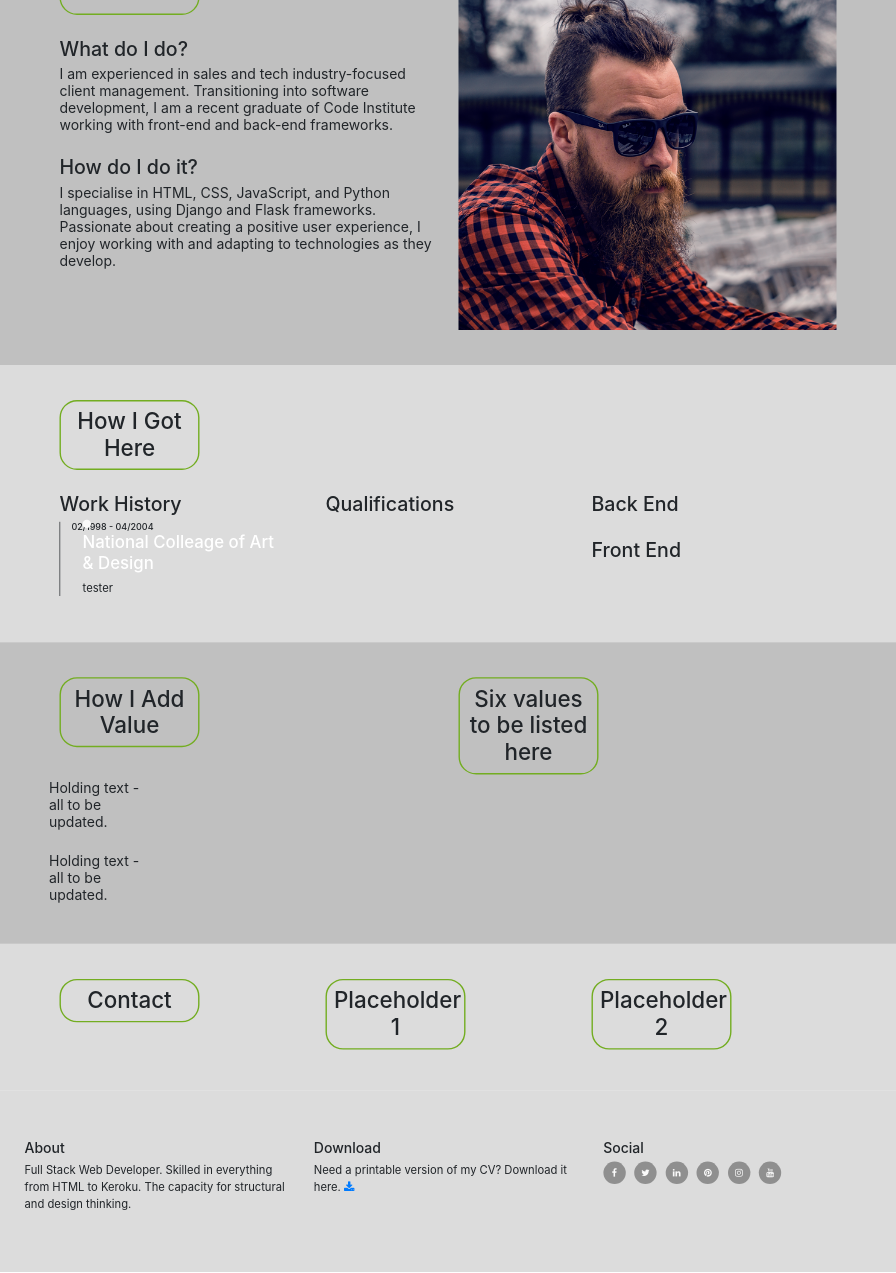
Repository: Code-Institute-Submissions/tenerim-milestone1
Page: index.html
The author's editor kept a record of every edit. The page is drawn from the files as they stood at one moment, then again after the next edit.
The browser window is 1280 px wide. The pictures show the part of the page from y = 1328 to 3248 px (the page is 3146 px tall before and 3248 px after), at 70% of full size.
A picture or video elsewhere on the page could not be fetched, so the positions and the page height are approximate.

Above is the page before.

### index.html
<!DOCTYPE html>
<html lang="en">

<head>
    <meta charset="UTF-8">
    <meta name="viewport" content="width=device-width, initial-scale=1.0">
    <meta http-equiv="X-UA-Compatible" content="ie=edge">
    <link rel="stylesheet" href="https://stackpath.bootstrapcdn.com/bootstrap/4.3.1/css/bootstrap.min.css" type="text/css" />
    <link href="https://stackpath.bootstrapcdn.com/bootstrap/4.3.1/css/bootstrap.min.css" rel="stylesheet" integrity="sha384-ggOyR0iXCbMQv3Xipma34MD+dH/1fQ784/j6cY/iJTQUOhcWr7x9JvoRxT2MZw1T" crossorigin="anonymous">
    <link rel="stylesheet" href="https://stackpath.bootstrapcdn.com/font-awesome/4.7.0/css/font-awesome.min.css" type="text/css" />
    <link href="https://stackpath.bootstrapcdn.com/font-awesome/4.7.0/css/font-awesome.min.css" rel="stylesheet" integrity="sha384-wvfXpqpZZVQGK6TAh5PVlGOfQNHSoD2xbE+QkPxCAFlNEevoEH3Sl0sibVcOQVnN" crossorigin="anonymous">
    <link rel="stylesheet" href="assets/css/style.css" type="text/css" />
    <title>MT Milestone Project 1</title>

</head>

<body>
    <!-------------------------------------------------------------Intro Page -->
    <header id="welcome-page">

        <!-------------------------------------Navigation Bar------>

        <nav class="navbar navbar-expand-lg navbar-light bg-light">
            <a class="navbar-brand" href="#"></a>
            <button class="navbar-toggler" type="button" data-toggle="collapse" data-target="#navbarNav" aria-controls="navbarNav" aria-expanded="false" aria-label="Toggle navigation">
	    <span class="navbar-toggler-icon"></span>
	  </button>
            <div class="container">
                <div class="collapse navbar-collapse" id="navbarNav">
                    <ul class="navbar-nav .justify-content-center">
                        <li class="nav-item active">
                            <a class="nav-link" href="#">About Me <span class="sr-only">(current)</span></a>
                        </li>
                        <li class="nav-item">
                            <a class="nav-link" href="#">How I Got Here</a>
                        </li>
                        <li class="nav-item">
                            <a class="nav-link" href="#">How I Add Value</a>
                        </li>
                        <li class="nav-item">
                            <a class="nav-link" href="#">Contact</a>
                        </li>
                        <li class="nav-item">
                            <a class="nav-link disabled" href="#" tabindex="-1" aria-disabled="true"></a>
                        </li>
                    </ul>
                </div>
            </div>
        </nav>
        <!-------------------------------------Image and Text ----->

        <img src="images/city.jpg" alt="city" style="width:100%; height:auto;"></img>

        <div class="container-fluid">
            <div class="row">
                <div class="container">
                    <div class="text-right">
                        <h1 class="display-4">Michael Tenerife</h1>
                        <p class="lead">Full Stack Web Developer</p>
                    </div>
                </div>
            </div>
        </div>

    </header>

    <!-------------------------------------------------------------About Me Page -->

    <section id="about-me" ; class="splash" ;>

        <div class="container">
            <div class="row">
                <div class="col-sm-6">
                    <h2 class="headbox">About Me</h2>
                    <br />
                    <h3>What do I do?</h3>
                    <h5 class="font-weight-normal">I am experienced in sales and tech industry-focused client management. Transitioning into software development, I am a recent graduate of Code Institute working with front-end and back-end frameworks.</h5>
                    <br />
                    <h3>How do I do it?</h3>
                    <h5 class="font-weight-normal">I specialise in HTML, CSS, JavaScript, and Python languages, using Django and Flask frameworks. Passionate about creating a positive user experience, I enjoy working with and adapting to technologies as they develop.</h5>
                    <br />
                </div>
                <div class="col-sm-6">
                    <img src="images/guy-image.png" alt="city" style="width:100%; height:auto;"></img>
                </div>
            </div>
        </div>

    </section>

    <!-------------------------------------------------------------How I Got Here -->


    <Section id="how-i-got-here" ;>

        <div class="container">
            <div class="row">
                <div class="col-4">
                    <h2 class="headbox">How I Got Here</h2>
                    <br />
                </div>
            </div>
        </div>

        <div class="container">
            <div class="row">
                <div class="col-sm-4">
                    <h3>Work History</h3>

                    <div class="timeline-item" data-dates="02/1998 - 04/2004">
                        <h4>National Colleage of Art & Design</h4>
                        <p>tester</p>
                    </div>

                </div>


                <div class="col-sm-4">
                    <h3>Qualifications</h3>
                </div>
                <div class="col-sm-4">
                    <h3>Back End</h3>
                    <br />
                    <h3>Front End</h3>
                </div>
            </div>
        </div>

    </Section>

    <!-------------------------------------------------------------How I Add Value -->

    <Section id="how-i-add-value" ; class="splash" ;>

        <div class="container">
            <div class="row">
                <div class="col-6">
                    <h2 class="headbox">How I Add Value</h2>
                </div>

                <div class="col-6">
                    <h2 class="headbox">Six values to be listed here</h2>
                </div>

                <div class="row">
                    <div class="col-6">
                        <h5 class="font-weight-normal">Holding text - all to be updated.</h5>
                        <br />
                        <h5 class="font-weight-normal">Holding text - all to be updated.</h5>
                    </div>
                </div>

            </div>

    </Section>

    <!-------------------------------------------------------------Contact -->

    <Section id="contact" ;>

        <div class="container">
            <div class="row">
                <div class="col">
                    <h2 class="headbox">Contact</h2>
                </div>
                <div class="col">
                    <h2 class="headbox">Placeholder 1</h2>
                </div>
                <div class="col">
                    <h2 class="headbox">Placeholder 2</h2>
                </div>
            </div>
        </div>

    </Section>

    <!-------------------------------------------------------------Footer -->

    <Section id="footer" ;>

        <footer class="container-fluid">
            <div id="footer-details" class="row">
                <div class="col-sm-4">
                    <h5 class="uppercase general-sub">About</h5>
                    <p class "inline-block">
                        Full Stack Web Developer. Skilled in everything from HTML to Keroku. The capacity for structural and design thinking.</p>
                </div>
                <div class="col-sm-4">
                    <h5 class="uppercase general-sub">Download</h5>
                    <p class "inline-block">
                        Need a printable version of my CV? Download it here.
                        <a href="assets/CV/sample-cv.pdf" target="_blank" class="cv-pdf">
                <i class="fa fa-download" aria-hidden="true"></i>
                <span class="sr-only">Download link.</span>
            </a>
                    </p>
                </div>
                <div class="col-sm-4">
                    <h5 class="uppercase general-sub">Social</h5>
                    <ul class="list-inline social-links">
                        <li class="list-inline-item">
                            <a target="_blank" href="#">
                            <i class="fa fa-facebook" aria-hidden="true"></i>
                            <span class="sr-only">Facebook</span>
                        </a>
                        </li>
                        <li class="list-inline-item">
                            <a target="_blank" href="#">
                            <i class="fa fa-twitter" aria-hidden="true"></i>
                            <span class="sr-only">twitter</span>
                        </a>
                        </li>
                        <li class="list-inline-item">
                            <a target="_blank" href="#">
                            <i class="fa fa-linkedin" aria-hidden="true"></i>
                            <span class="sr-only">LinkedIn</span>
                        </a>
                        </li>
                        </li>
                        <li class="list-inline-item">
                            <a target="_blank" href="#">
                            <i class="fa fa-pinterest" aria-hidden="true"></i>
                            <span class="sr-only">Pinterest</span>
                        </a>
                        </li>
                        </li>
                        <li class="list-inline-item">
                            <a target="_blank" href="#">
                            <i class="fa fa-instagram" aria-hidden="true"></i>
                            <span class="sr-only">Instagram</span>
                        </a>
                        </li>
                        </li>
                        <li class="list-inline-item">
                            <a target="_blank" href="#">
                            <i class="fa fa-youtube" aria-hidden="true"></i>
                            <span class="sr-only">YouTube</span>
                        </a>
                        </li>
                    </ul>
                </div>
            </div>
        </footer>
</body>

</html>

### assets/css/style.css
.container-fluid {
    background-color: rgb(220, 220, 220);
}

section {
    background-color: rgb(220, 220, 220);
    padding-top: 50px;
    padding-bottom: 50px;
}

.splash {
    background-color: rgb(192, 192, 192);
}


.display-4 {
    padding-top: 50px;
}


.lead {
    padding-bottom: 50px;
}


.headbox {
    border-radius: 25px;
    border: 2px solid #73AD21;
    padding: 10px;
    text-align: center;
    width: 200px;

}

h4 {
    color: rgb(255, 255, 255);
}



/*--------------------------------------How I Got Here-----*/

.timeline-item {
    padding: 1em 2em 0em 2em;
    border-left: 1px solid;
}

.timeline-item:before {
    content: attr(data-dates);
    position: absolute;
    left: 2.5em;
    top: 3em;
    display: block;
    font-weight: 500;
    font-size: 0.8em;
}

.timeline-item:after {
    width: 12px;
    height: 12px;
    display: block;
    top: 2.4em;
    position: absolute;
    border-radius: 12px;
    content: "";
    background: #fafafa;
}


/*--------------------------------------Footer-----*/

.social-links {
    padding-bottom: 15px;
}

.social-links li a i {
    width: 32px;
    height: 32px;
    padding: 12px 0;
    border-radius: 50%;
    font-size: 13px;
    line-height: 7px;
    text-align: center;
    color: #fafafa;
    background: #8f8f8f;
    transition: all 0.35s ease-in-out;
    -moz-transition: all 0.35s ease-in-out;
    -webkit-transition: all 0.35s ease-in-out;
    -o-transition: all 0.35s ease-in-out;
}

.social-links li a i:hover {
    background: #e84610;
}

#footer-details {
    padding: 20px;
}

After the next edit:
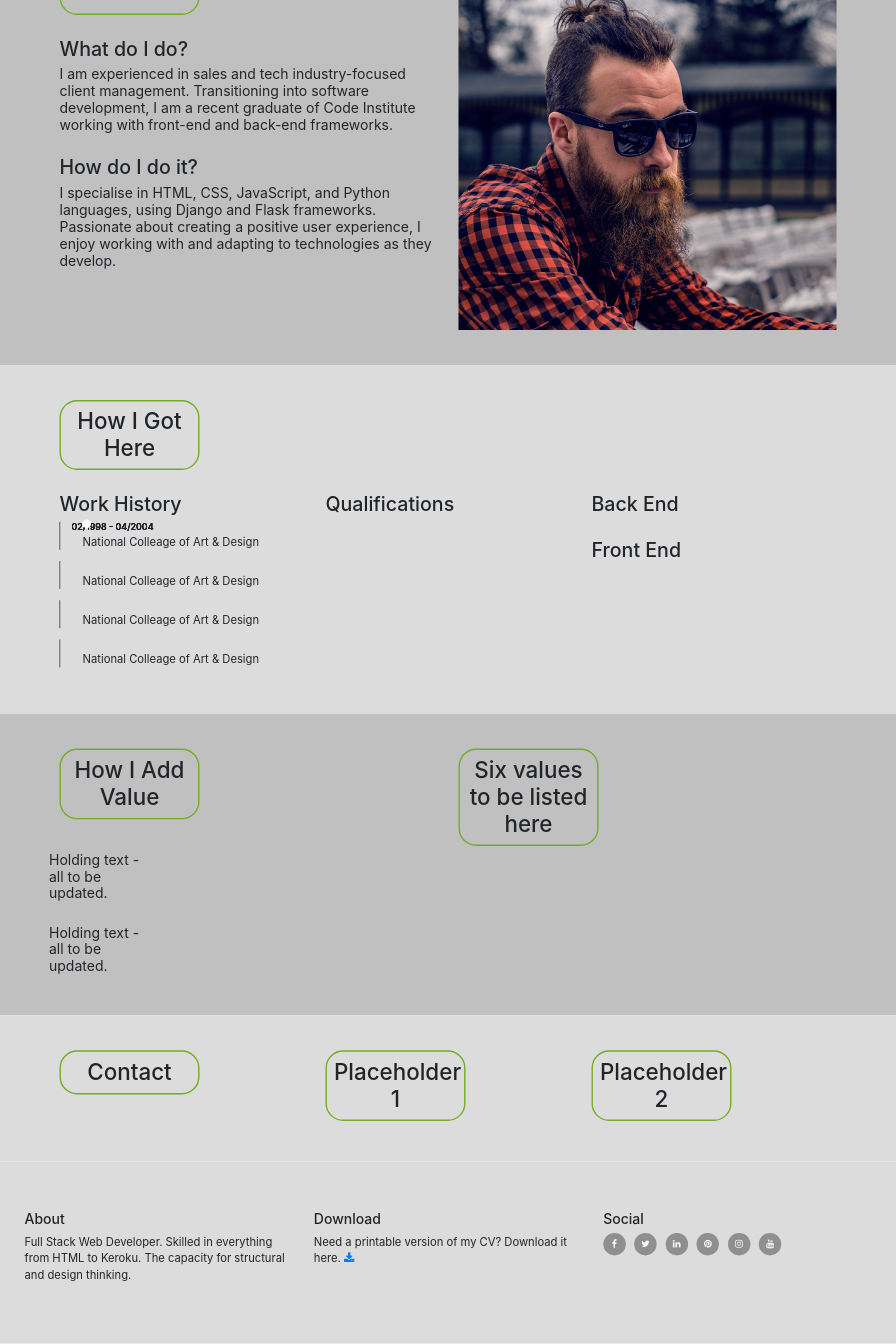
The edit:
--- a/index.html
+++ b/index.html
@@ -108,10 +108,20 @@
                     <h3>Work History</h3>
 
                     <div class="timeline-item" data-dates="02/1998 - 04/2004">
-                        <h4>National Colleage of Art & Design</h4>
-                        <p>tester</p>
-                    </div>
-
+                        <p>National Colleage of Art & Design</p>
+                    </div>
+
+                    <div class="timeline-item" data-dates="02/1998 - 04/2004">
+                        <p>National Colleage of Art & Design</p>
+                    </div>
+
+                    <div class="timeline-item" data-dates="02/1998 - 04/2004">
+                        <p>National Colleage of Art & Design</p>
+                    </div>
+
+                    <div class="timeline-item" data-dates="02/1998 - 04/2004">
+                        <p>National Colleage of Art & Design</p>
+                    </div>
                 </div>
 
 
